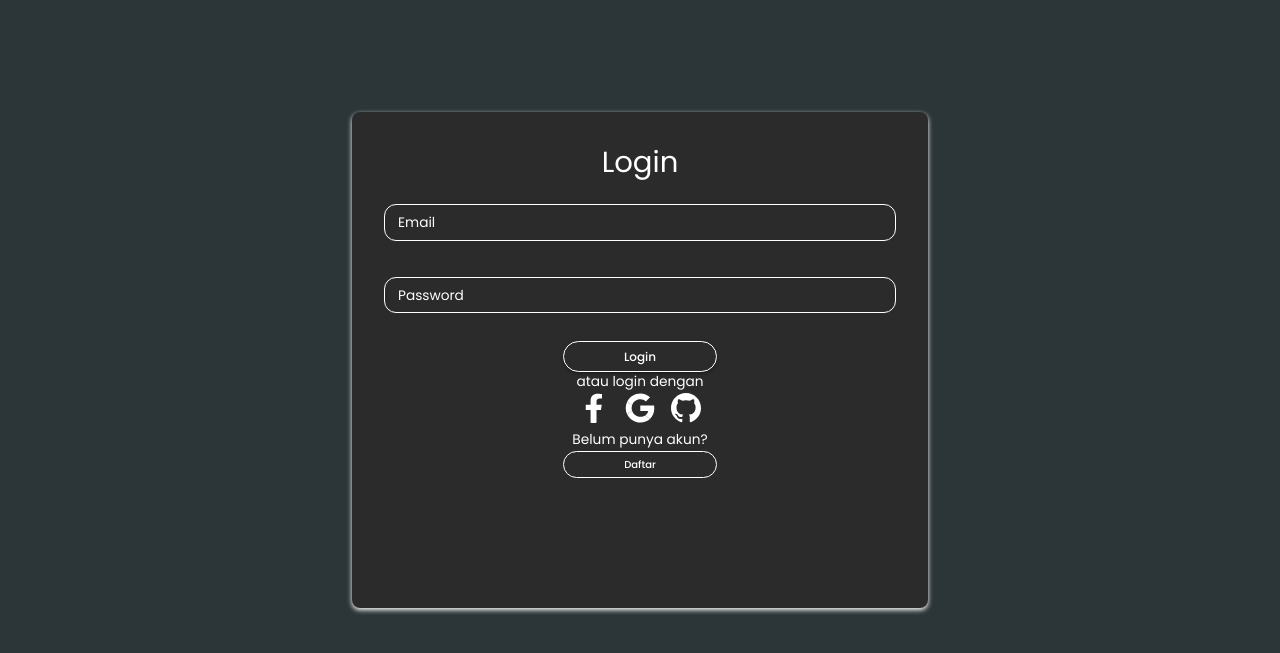
Repository: IzzaSuni/Izza-ToDo
Page: /login
An editor plug-in stored every save of this project. The page is shown before and after the next save, followed by the edit.
The browser window is 1280 px wide. The pictures show the whole page.
The project was rebuilt for these pictures with package versions that can differ from the ones it lists, and the page was loaded fresh each time. Also part of the build but not shown: src/App.css, src/services.js, src/utils/Query.js, src/utils/isLogin.js, src/components/List.js, src/components/Filter.js, src/components/ohayo.js, src/components/navbar.js and 2 more.

Above is the page before, as saved 2022-08-19 20:26:08.

After the next save:
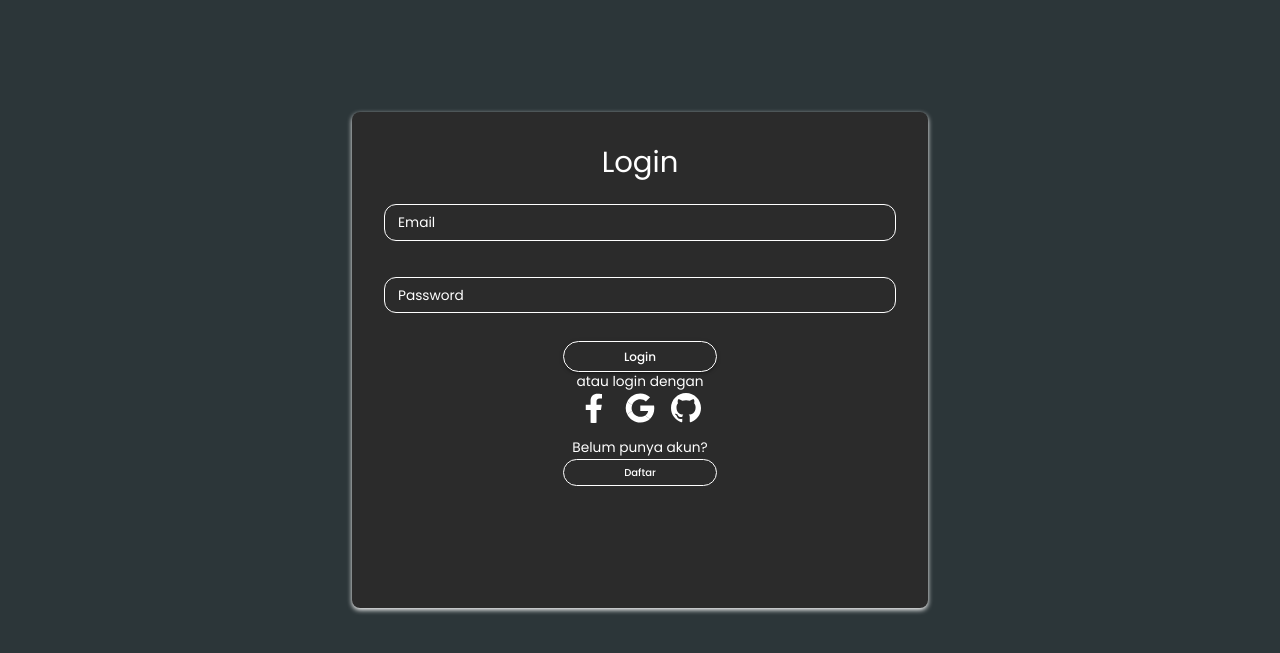
Saved 8 s later.
--- a/src/components/Login.js
+++ b/src/components/Login.js
@@ -174,7 +174,7 @@ export default function Login(prop) {
             <Box>
               <Typography textAlign={"center"}>atau login dengan</Typography>
             </Box>
-            <Box display="inline-flex" justifyContent={"center"} width='100%' >
+            <Box display="inline-flex" justifyContent={"center"} width='100%' pb={1}>
               <Img src="/facebook.svg" px={"8px"} />
               <Img src="/google.svg" px={"8px"} />
               <Img src="/Github.svg" px={"8px"} />
